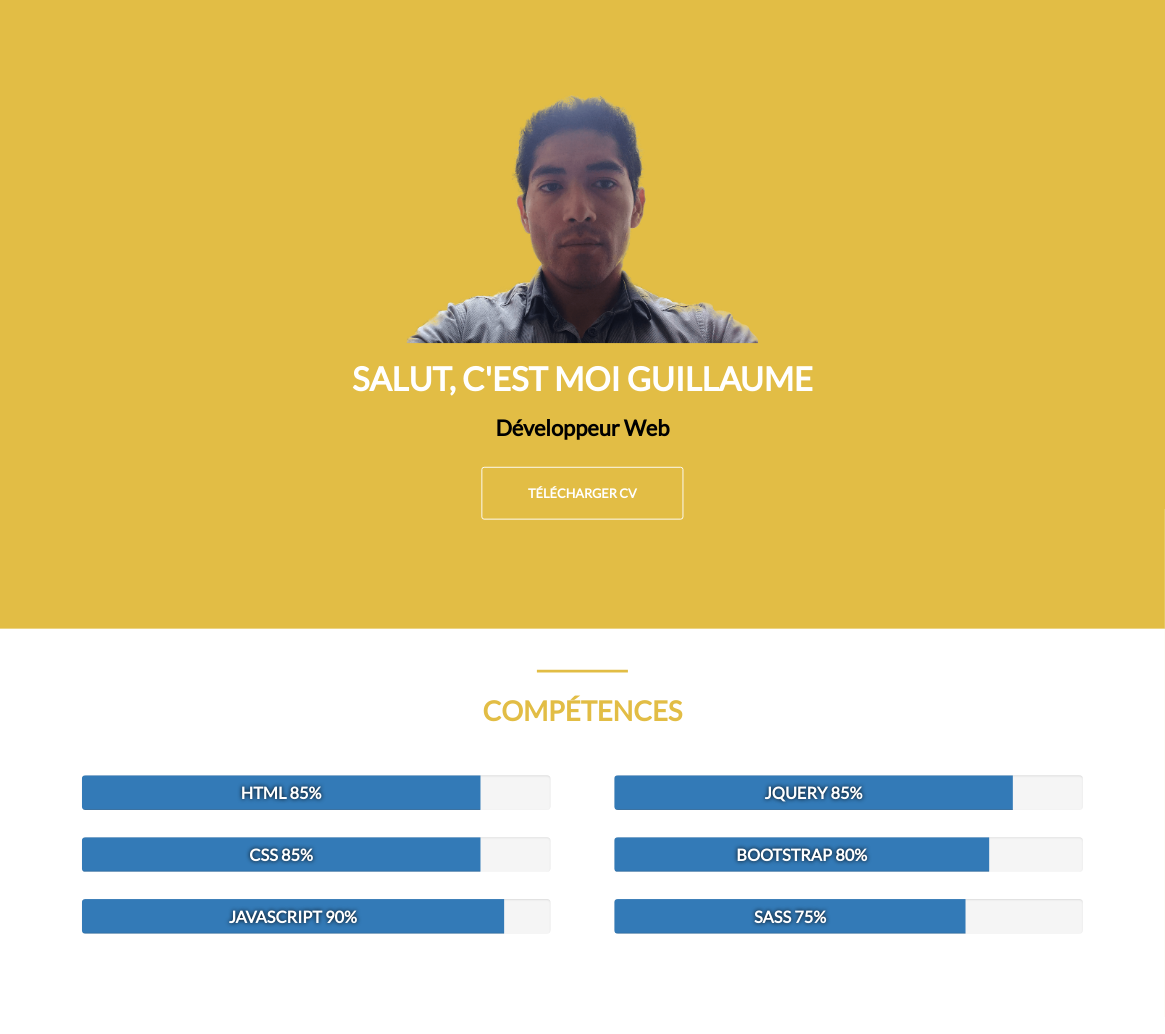
Repository: 0Memo/mon-cv
Page: index.html
An editor plug-in stored every save of this project. The page is shown before and after the next save, followed by the edit.
The browser window is 1280 px wide. The pictures show the whole page, at 91% of full size.

Above is the page before, as saved 2020-12-28 21:15:01.

### index.html
<!DOCTYPE html>
<html lang="en">
    <head>
        <meta charset="UTF-8">
        <meta name="viewport" content="width=device-width, initial-scale=1.0">
        <meta name="description" content="Voici mon cv, vous pourrez découvrir mon parcours de formation, et mes expériences professionnelles">
        <meta name="author" content="Guillaume Mehats">
        <title>Mon CV</title>
        <link rel="preconnect" href="https://fonts.gstatic.com">
        <link href="https://fonts.googleapis.com/css2?family=Lato&display=swap" rel="stylesheet">
        <link rel="stylesheet" href="css/bootstrap.min.css">
        <link rel="stylesheet" href="css/styles.css">
        <link rel="shortcut icon" href="img/colombia.png">
    </head>
    <body>
        <section id="about" class="container-fluid">
            <div class="col-xs-8 col-md-4 profile-picture">
                <img src="img/photo.png" alt="Guillaume" class="rounded-circle">
            </div>
            <div class="heading">
                <h1>Salut, c'est moi Guillaume</h1>
                <h3>Développeur Web</h3>
                <a href="docs/CV_Guillaume_Mehats.pdf" class="button1">Télécharger CV</a>
            </div>
        </section>

        <section id="skills">
            <div class="yellow-divider">
            </div>
            <div class="heading">
                <h2>Compétences</h2>
            </div>
            <div class="container">
                <div class="row">
                    <div class="col-md-6">
                        <div class="progress">
                            <div class="progress-bar" role="progressbar" aria-valuenow="85" aria-valuemin="0" aria-valuemax="100" style="width:85%">
                                <h5>HTML 85%</h5>
                            </div>
                        </div>
                        <div class="progress">
                            <div class="progress-bar" role="progressbar" aria-valuenow="85" aria-valuemin="0" aria-valuemax="100" style="width:85%">
                                <h5>CSS 85%</h5>
                            </div>
                        </div>
                        <div class="progress">
                            <div class="progress-bar" role="progressbar" aria-valuenow="90" aria-valuemin="0" aria-valuemax="100" style="width:90%">
                                <h5>JAVASCRIPT 90%</h5>
                            </div>
                        </div>
                    </div>
                    <div class="col-md-6">
                        <div class="progress">
                            <div class="progress-bar" role="progressbar" aria-valuenow="85" aria-valuemin="0" aria-valuemax="100" style="width:85%">
                                <h5>JQUERY 85%</h5>
                            </div>
                        </div>
                        <div class="progress">
                            <div class="progress-bar" role="progressbar" aria-valuenow="80" aria-valuemin="0" aria-valuemax="100" style="width:80%">
                                <h5>BOOTSTRAP 80%</h5>
                            </div>
                        </div>
                        <div class="progress">
                            <div class="progress-bar" role="progressbar" aria-valuenow="75" aria-valuemin="0" aria-valuemax="100" style="width:75%">
                                <h5>SASS 75%</h5>
                            </div>
                        </div>
                    </div>
                </div>
            </div>
        </section>


        <script src="js/jquery-3.5.1.min.js"></script>
        <script src="https://cdn.jsdelivr.net/npm/popper.js@1.16.0/dist/umd/popper.min.js" integrity="sha384-Q6E9RHvbIyZFJoft+2mJbHaEWldlvI9IOYy5n3zV9zzTtmI3UksdQRVvoxMfooAo" crossorigin="anonymous"></script>
        <script src="js/bootstrap.min.js"></script>
        <script src="js/script.js"></script>
    </body>
</html>

### css/styles.css
body {
    font-family: 'Lato', sans-serif;
}

h1, h2, h3, h4, h5, h6 {
    font-weight: bold;
}


.profile-picture {
    text-align: center;
    margin: 0 auto;
    float: none;
}

img {
    max-width: 100%;
    height: auto;
}

section {
    padding: 45px 0 80px 0;
}

#about {
    padding-top: 100px;
    background: #e2bd45;
}

#about  .heading {
    text-align: center;
    padding-bottom: 40px;
}

#about .heading h1 {
    color: #fff;
    text-transform: uppercase;
}

#about .heading h3 {
    color: #000;
}

#about .heading .button1 {
    color: #fff;
    font-weight: bold;
    text-transform: uppercase;
    border: 1px solid #fff;
    margin-top: 20px;
    display: inline-block;
    padding: 18px 50px;
    border-radius: 3px;
    transition: all 0.3s ease-in 0s;
}

#about .heading .button1:hover {
    text-decoration: none;
    background: #fff;
    color: #e2bd45;
}

#skills {
    background: #fff;
}

#skills .yellow-divider {
    width: 100px;
    height: 3px;
    background: #e2bd45;
    margin: 0 auto;
}

#skills .heading h2 {
    color: #e2bd45;
    text-align: center;
    text-transform: uppercase;
    margin: 25px;
}

#skills .progress {
    margin: 30px 20px;
    height: 100%;
}


#skills .progress .progress-bar h5 {
    text-shadow: 0 0 5px #000;
    font-size: 18px;
    line-height: 18px;
}

Loaded but not shown: css/bootstrap.min.css (library); js/jquery-3.5.1.min.js (library); js/bootstrap.min.js (library); js/script.js (no copy from this time; the picture is the same without it)

After the next save:
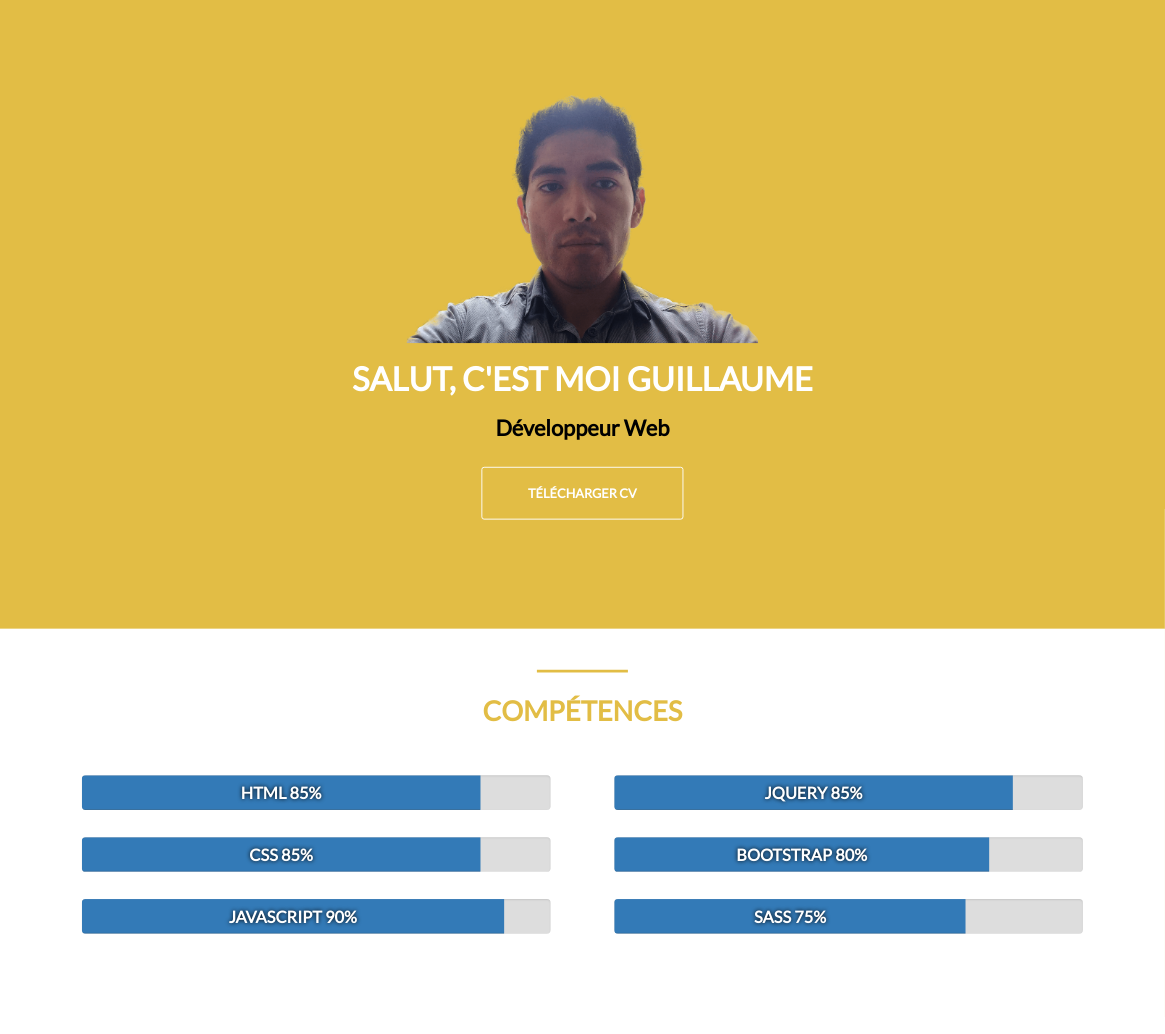
Saved 23 s later.
--- a/css/styles.css
+++ b/css/styles.css
@@ -80,6 +80,7 @@ section {
 #skills .progress {
     margin: 30px 20px;
     height: 100%;
+    background: #ddd;
 }
 
 
